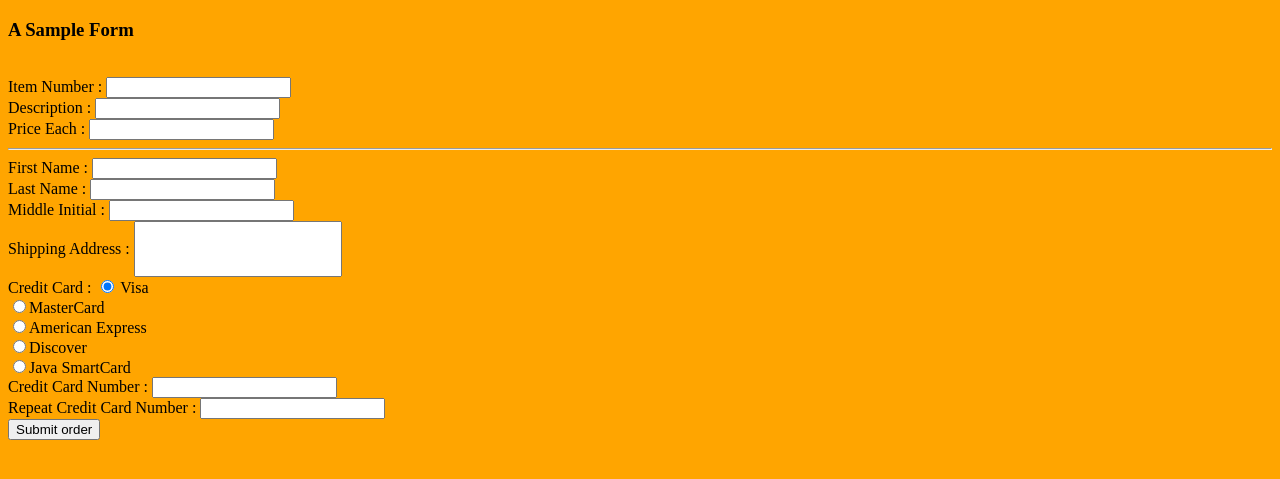
Repository: 2Re-play/Spring_practice
Page: http://localhost/homework01/view/form.jsp
The author's editor kept a copy of each file at every save. The page is drawn from the files as they stood at one save, then again after the next save.
The browser window is 1280 px wide. The pictures show the whole page.
The page is served by Tomcat 9.

Above is the page before, as saved 2019-10-04 09:23:33.

After the next save:
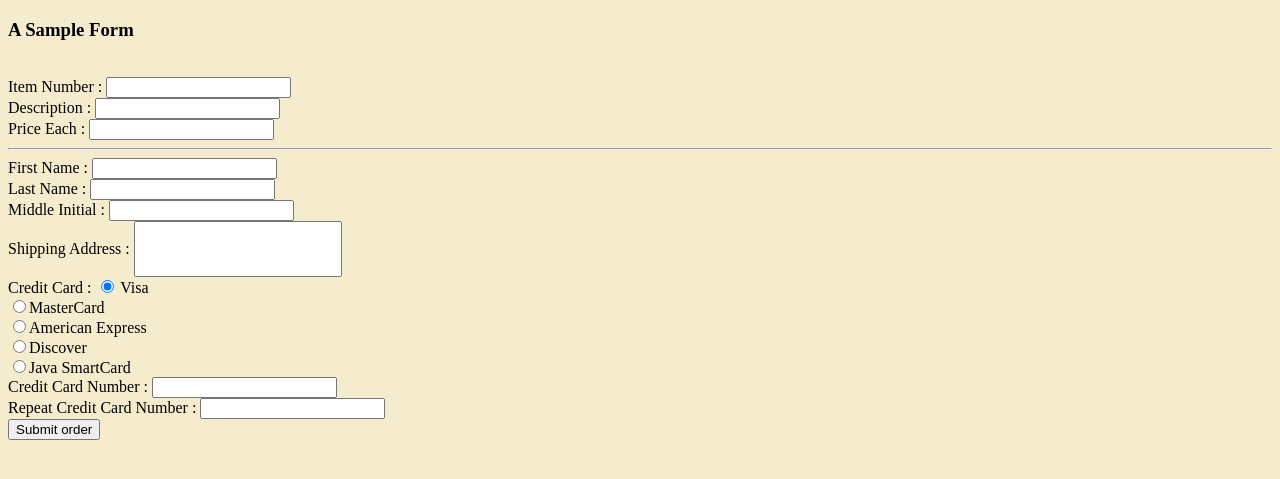
Saved 3 min 30 s later.
--- a/homework01/WebContent/view/form.jsp
+++ b/homework01/WebContent/view/form.jsp
@@ -6,9 +6,9 @@
 <meta charset="UTF-8">
 <title>Insert title here</title>
 <style>
-	body {
-	background-color : orange;
-	}
+  body {
+  background-color :#F5ECCE;
+  }
 </style>
 </head>
 <body>
